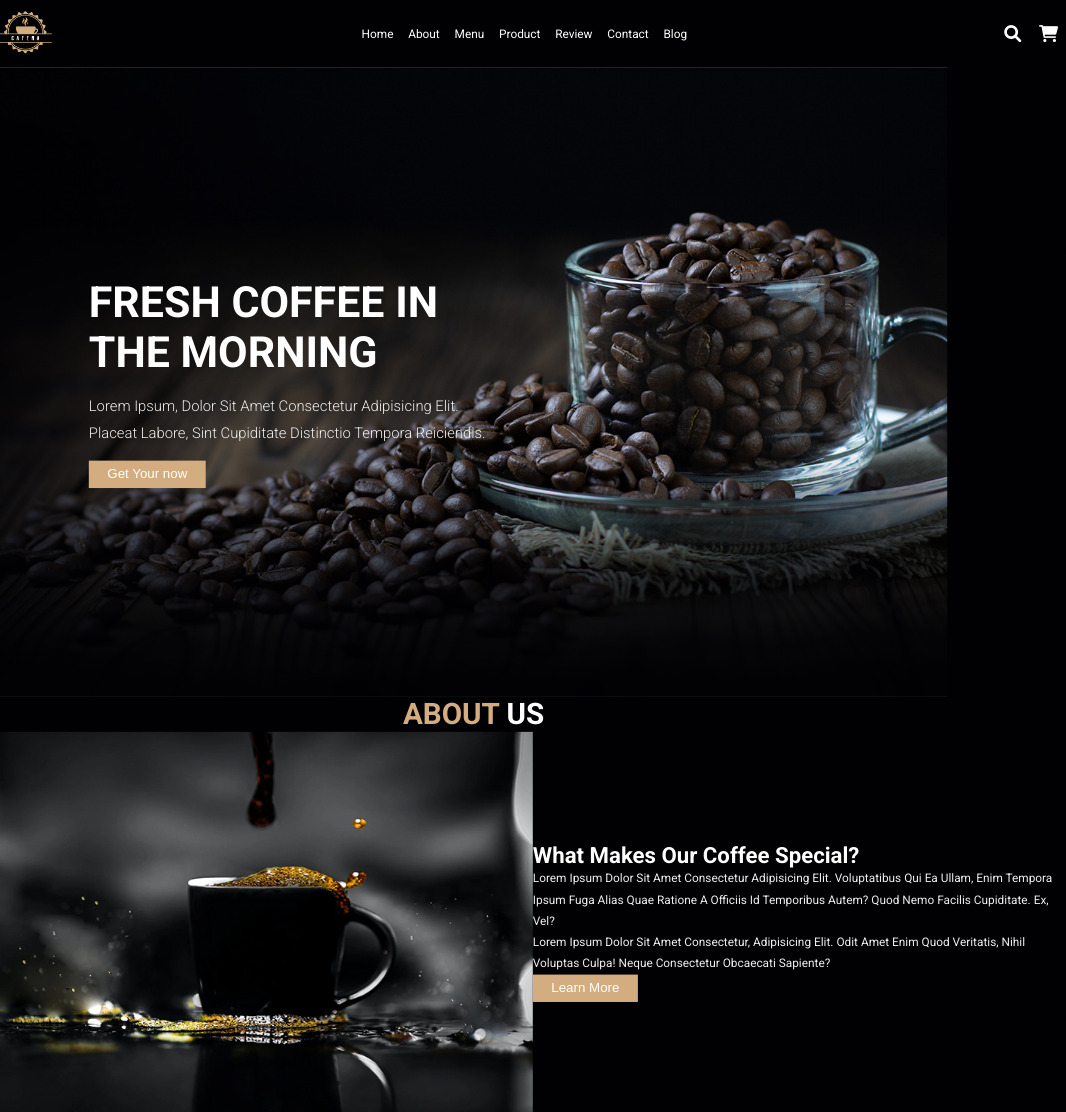
Repository: Dinhthai303/DinhThai
Page: index.html
An editor plug-in stored every save of this project. The page is shown before and after the next save, followed by the edit.
The browser window is 1280 px wide. The page is 1440 px wide, so the pictures cover 1440 px, including what lies to the right of the window. The pictures show the whole page, at 74% of full size.

Above is the page before, as saved 2021-11-28 00:25:43.

After the next save:
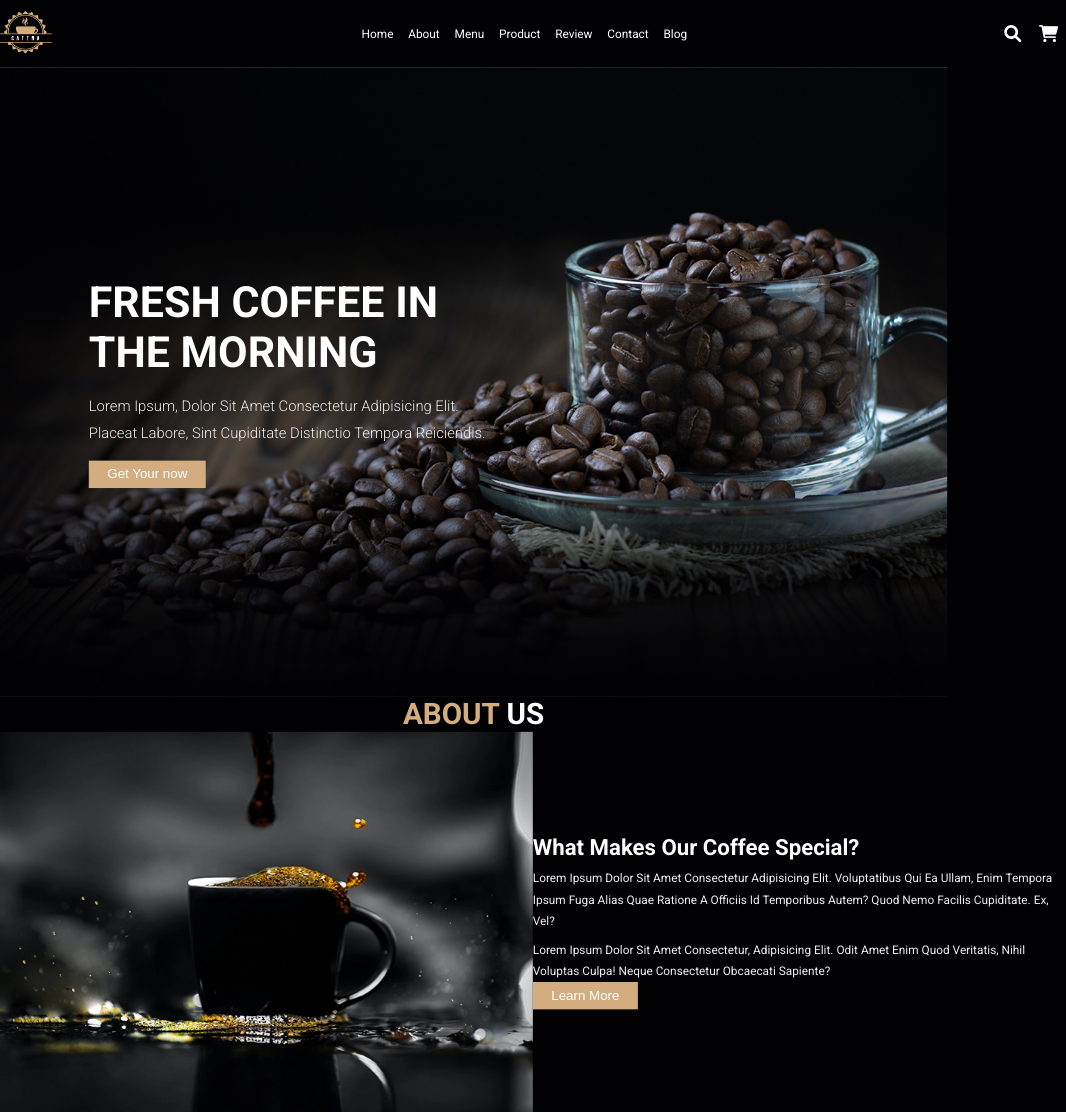
Saved 4 s later.
--- a/css/style.css
+++ b/css/style.css
@@ -127,6 +127,6 @@ body{
 }
 .about__desc{
     color: rgb(238, 238, 238);
-    /* margin-top: 15px; */
+    margin-top: 10px;
     line-height: 1.8;
 }
